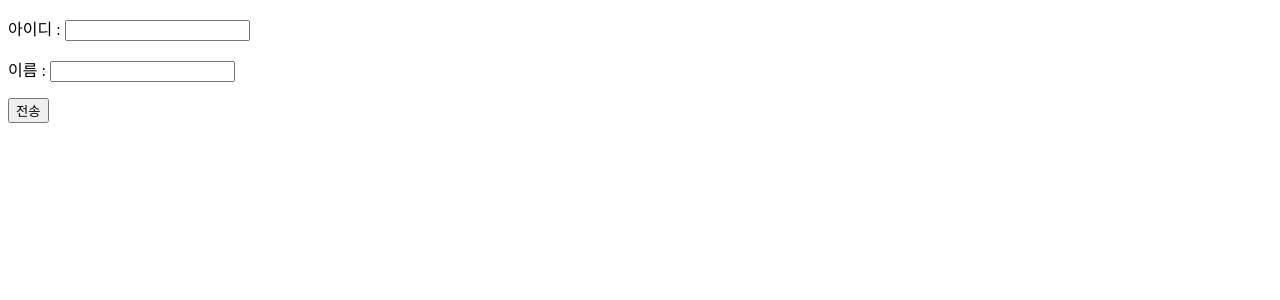
Repository: kth0153/Cloud_JSP-Servlet_Edu
Page: study/prjEx/src/main/webapp/session_join.html
These files come from the project's save history. The page is drawn as it stood at one moment and after the next save; the edit follows.
The browser window is 1280 px wide. The pictures show the whole page.

Above is the page before, as saved 2022-10-04 01:47:34.

After the next save:
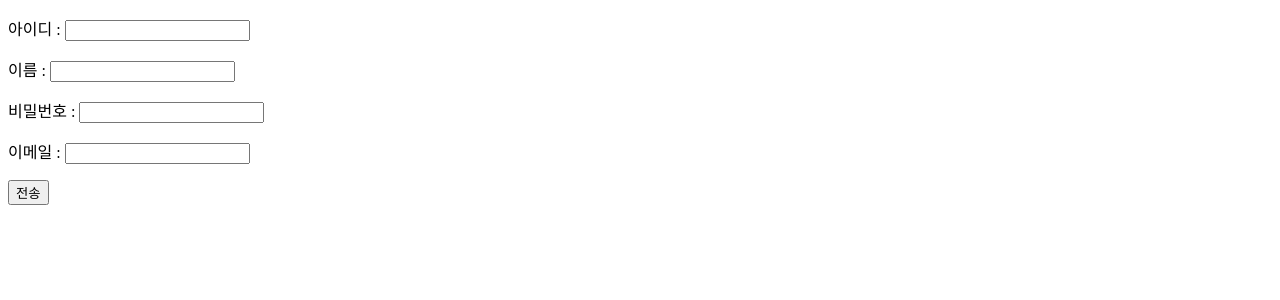
Saved 78 s later.
--- a/study/prjEx/src/main/webapp/session_join.html
+++ b/study/prjEx/src/main/webapp/session_join.html
@@ -8,6 +8,9 @@
 	<form action="Login" method="get">
 	<p>아이디 : <input type="text" name="userId"/></p>
 	<p>이름 : <input type="text" name="userName"/></p>
+	<p>비밀번호 : <input type="text" name="pw"/></p>
+	<p>이메일 : <input type="text" name="email"/></p>
+
 	<p><input type="submit" value="전송" /></p>
 	</form>
 </body>
